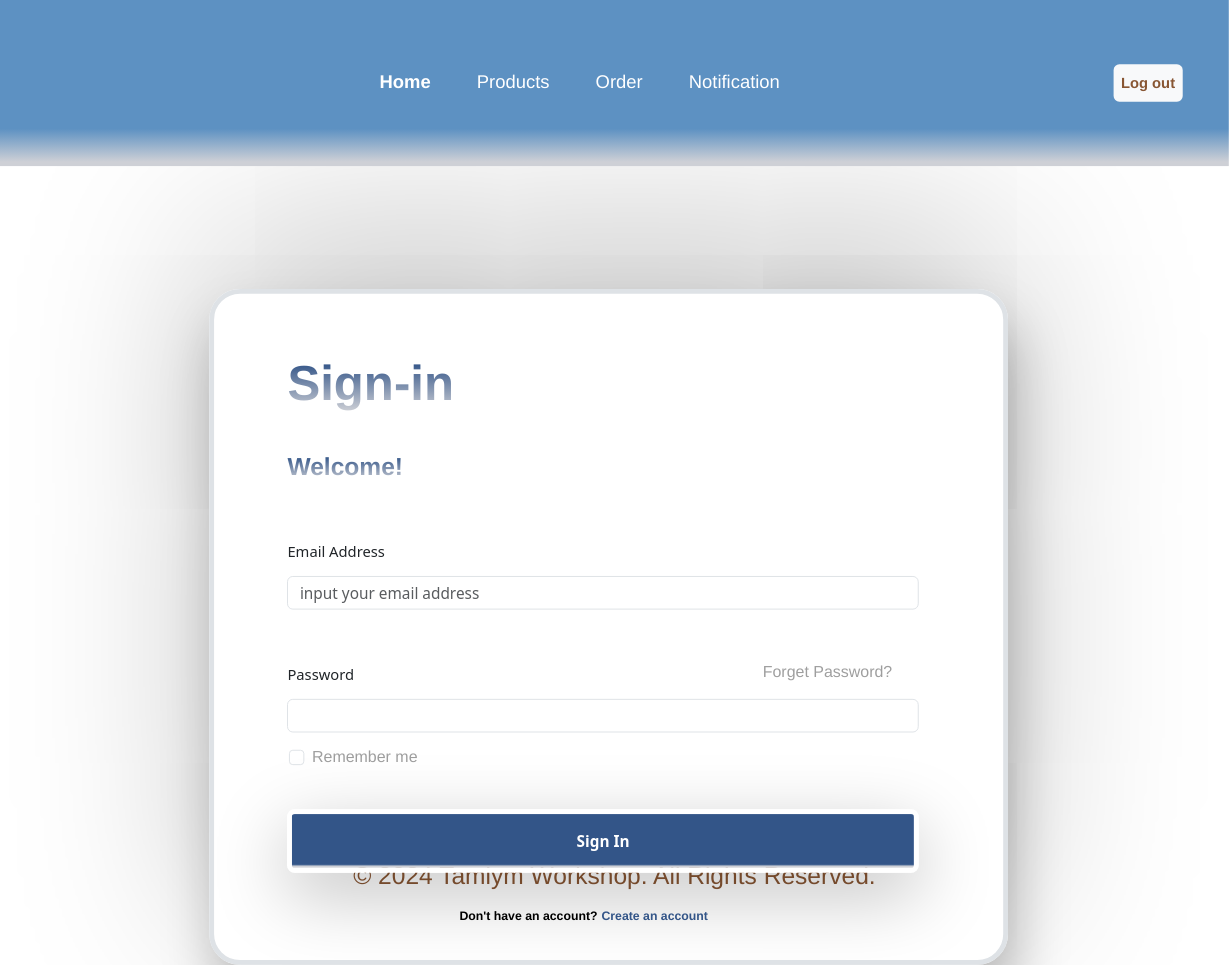
Repository: OVictor21/inventory
Page: /
These files come from the project's save history. The page is drawn as it stood at one moment and after a run of saves; the edit follows.
The browser window is 1280 px wide. The pictures show the whole page, at 96% of full size.
The project was rebuilt for these pictures with package versions that can differ from the ones it lists, and the page was loaded fresh each time.

Above is the page before, as saved 2024-12-14 09:41:14.

### src/index.css

nav {
  background-color: transparent;
  background: linear-gradient(180deg, rgb(93, 145, 194) 77.5%, rgb(206, 208, 214) 97.5%);

}

.navbar-brand img {
  max-width: 10vw;
  min-width: 5vw;
}

.nav-link.nav-text-current {
  font-family: "Montserrat", Helvetica;
  font-weight: 700;
  color: #ffffff;
  font-size: 1.5vw;
}

.nav-link.nav-text {
  font-family: "Montserrat", Helvetica;
  font-weight: 400;
  color: #ffffff;
  font-size: 1.5vw;
}

.nav-link.nav-text-2 {
  font-family: "Montserrat", Helvetica;
  font-weight: 600;
  color: rgb(136, 86, 51);
  font-size: 1.2vw;
}

.background {
  background-color: #000021;
}

/* .background-image {
  background-image: url('/public/back.png');
  background-size: cover;
  background-repeat: no-repeat;
  background-position: center;
  min-height: 100vh;
  color: white;
} */

.sign-in{
  width: 65vw;
  height: 55vw;
  box-shadow: 7px 37px 55px #00000040, 0px -54px 200px #00000040;
  left: 17vw;
  top: 10vw;
  overflow: hidden;
}


.text{
  top: 5vw;
  left: 6vw;
  background: linear-gradient(180deg, rgb(51, 85, 136) 13.5%, rgb(206, 208, 214) 100%);
  -webkit-background-clip: text !important;
  background-clip: text;
  -webkit-text-fill-color: transparent;
  text-fill-color: transparent;
  font-family: "Montserrat-Bold", Helvetica;
  font-weight: 700;
  color: transparent;
  font-size: 4vw;
  letter-spacing: 0;
  line-height: normal;
}



.text-wrapper-8 {
  background: linear-gradient(180deg, rgb(51, 85, 136) 13.5%, rgb(206, 208, 214) 100%);
  -webkit-background-clip: text !important;
  background-clip: text;
  -webkit-text-fill-color: transparent;
  text-fill-color: transparent;
  font-family: "Montserrat-Bold", Helvetica;
  font-weight: 600;
  color: transparent;
  font-size: 2vw;
  letter-spacing: 0;
  line-height: normal;
  top: 13vw;
  left: 6vw;
}

.email-text{
  font-size: 1.2vw;
}

.email{
  top: 20vw;
  left: 6vw;
}

.email-in{
  top: 23vw;
  left: 6vw;
  width: 80%;
  max-width: 80%;
  height: 5%;
}

.pass{
  top: 30vw;
  left: 6vw;
}

.pass-in{
  top: 33vw;
  left: 6vw;
  width: 80%;
  max-width: 80%;
  height: 5%;

}

.text-wrapper-7{
  font-family: "Montserrat-Regular", Helvetica;
  font-weight: 400;
  color: #00000061;
  font-size: 1.3vw;
  letter-spacing: 0;
  line-height: normal;
  top: 30vw;
  text-decoration: none;
  right: 9vw;
}

.form-check-label{
  font-family: "Montserrat-Regular", Helvetica;
  font-weight: 400;
  color: #00000061;
  font-size: 1.3vw;
  letter-spacing: 0;
  line-height: normal;
  top: 37vw;
  left: 8vw;
}

.form-check-input{
  top: 36.8vw;
  left: 8vw;

}

.sign-btn{
  background: linear-gradient(180deg, rgb(51, 85, 136) 93.5%, rgb(206, 208, 214) 97%);
  font-family: "Montserrat-Bold", Helvetica;
  font-weight: 700;
  font-size: 4vw;
  letter-spacing: 0;
  line-height: normal;
  width: 80%;
  top: 42vw;
  left: 6vw;
  box-shadow: 0px 22px 75px #00000040;
}

.acct{
  font-family: "Montserrat-Regular", Helvetica;
  font-weight: 700;
  color: #000000;
  font-size: 1vw;
  letter-spacing: 0;
  line-height: normal;
  top: 50vw;
  left: 20vw;
}

.acct-1{
  font-family: "Montserrat-Bold", Helvetica;
  font-weight: 700;
  color: rgb(51, 85, 136);
  font-size: 1vw;
  text-decoration: none;
  letter-spacing: 0;
  line-height: normal;
  top: 50vw;
  right: 24vw;
}



.pass-text{
font-size: 1.2vw;
}

.copyright-text {
  top: 50vw;
  right: 24vw;
  font-family: "Montserrat", Helvetica;
  font-weight: 400;
  color: rgb(136, 86, 51);
  font-size: 2vw;
}

### src/App.js
import Navbar from './navbar';
import 'bootstrap/dist/css/bootstrap.min.css';
import Body from './body';


function App() {
  return (
    <div className="App">
      <Navbar />
      <Body />
    </div>
  );
}

export default App;

### src/navbar.js

const Navbar = () => {
    return (
        <nav className="navbar navbar-expand-md justify-content-center p-5 z-1">
        <button className="navbar-toggler ms-auto" type="button" data-bs-toggle="collapse" data-bs-target="#collapseNavbar">
            <span className="navbar-toggler-icon"></span>
        </button>

        <div className="navbar-collapse collapse" id="collapseNavbar">
            <ul className="navbar-nav justify-content-center w-100 ">
            <li className="nav-item m-3">
                <a className="nav-link nav-text-current" href="/home">Home</a>
            </li>
            <li className="nav-item m-3">
                <a className="nav-link nav-text" href="/products">Products</a>
            </li>
            <li className="nav-item m-3">
                <a className="nav-link nav-text" href="/order">Order</a>
            </li>
            <li className="nav-item m-3">
                <a className="nav-link nav-text" href="/notifications">Notification</a>
            </li>
            </ul>

            <ul className="navbar-nav ms-auto justify-content-end">
            <li className="nav-item bg-light rounded">
                <button className="nav-link nav-text-2 text-nowrap btn btn-link">Log out</button>

            </li>
            </ul>
        </div>
        </nav>



      );
}

export default Navbar;

### src/body.js
import React from 'react';

const Body = () => {
  return (
    <div className="login">

         <form >
        <div class="sign-in position-relative border border-5 rounded-5">
        <div class="mb-3">
            <p class="text position-absolute">Sign-in</p>
            <div class="text-wrapper-8 position-absolute">Welcome!</div>

          <label for="exampleInputEmail1" class="form-label email position-absolute"><span class="email-text"> Email Address</span></label>
          <input type="email" class="form-control email-in position-absolute" id="exampleInputEmail1" aria-describedby="emailHelp" placeholder="input your email address"/>
        </div>
        <div class="mb-3">
          <label for="exampleInputPassword1" class="form-label pass position-absolute"><span class="pass-text">Password</span> </label>
          <input type="password" class="form-control pass-in position-absolute" id="exampleInputPassword1"/>
          <a href="/forgotpassword" class="text-wrapper-7 position-absolute">Forget Password?</a>
        </div>

        <div class="mb-3 form-check">
            <input type="checkbox" class="form-check-input position-absolute" id="exampleCheck1"/>
            <label class="form-check-label position-absolute" for="exampleCheck1">Remember me</label>
          </div>
        <button type="submit" class="btn sign-btn position-absolute border-white border-5 rounded-3 p-3 text-white fw-bold">Sign In</button>
        <p  class="acct position-absolute">Don't have an account?</p> <a href="/createacct" class="acct-1 position-absolute">Create an account</a>


        </div>


    </form>

    <footer>
    <div class="text-center py-3 copyright-text">
            © 2024 Tamiym Workshop. All Rights Reserved.
        </div>
    </footer>

    </div>
  );
};

export default Body;

Loaded but not shown: public/index.html (common file); src/index.js (common file); src/reportWebVitals.js (common file)

After the next 2 saves:
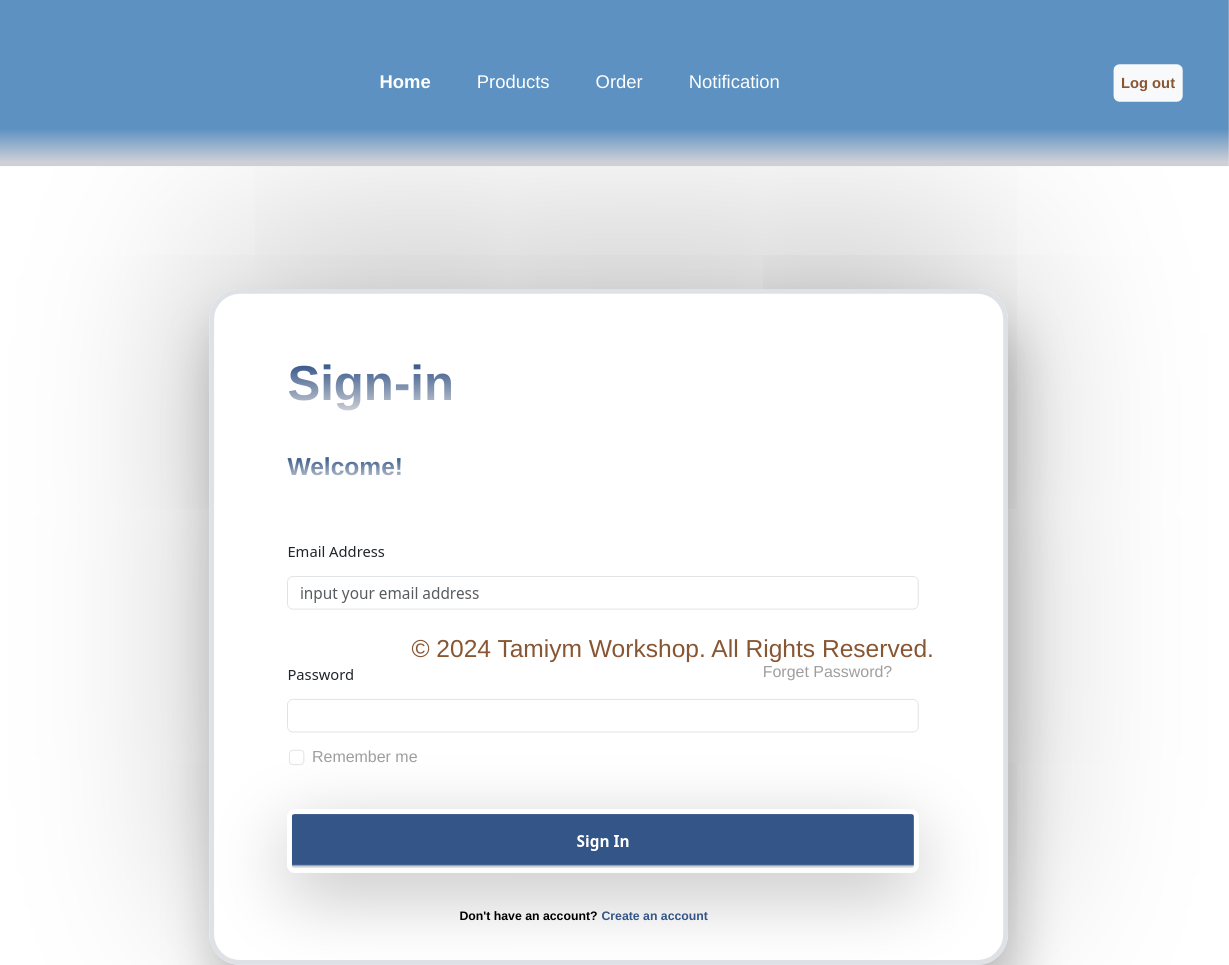
The 2 saves are shown as one change because they came seconds apart.
The last was saved 15 s later.
--- a/src/body.js
+++ b/src/body.js
@@ -33,7 +33,7 @@ const Body = () => {
     </form>
 
     <footer>
-    <div class="text-center py-3 copyright-text">
+    <div class="text-center py-3 copyright-text position-absolute">
             © 2024 Tamiym Workshop. All Rights Reserved.
         </div>
     </footer>
